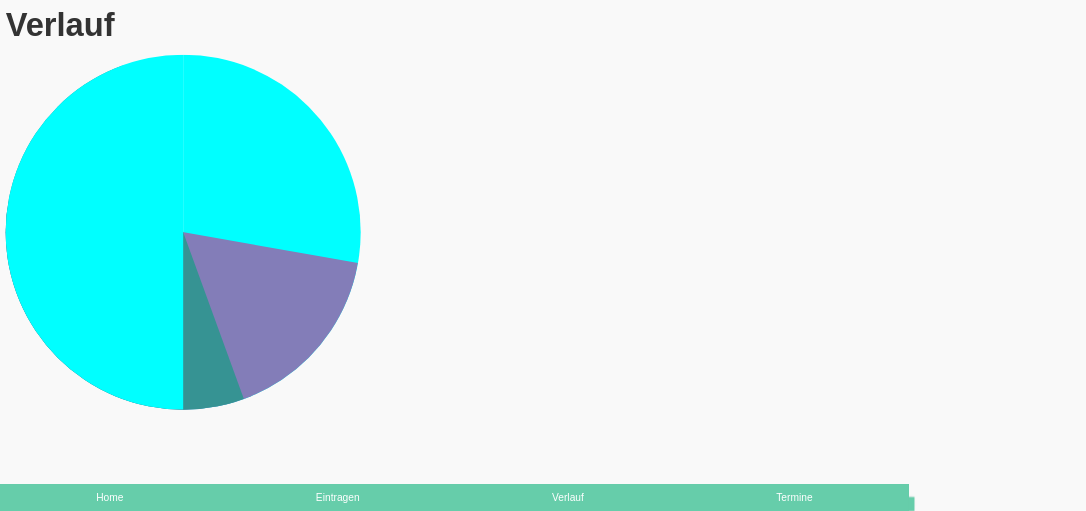
Repository: jakemoes/Pet-Tracker
Page: PWA/trend.html
These files come from the project's save history. The page is drawn as it stood at one moment and after the next save; the edit follows.
The browser window is 1280 px wide. The page is 1280 px wide, then 1530 px, then 1280 px, so the pictures cover 1530 px, including what lies to the right of the window. The pictures show the whole page, at 71% of full size.

Above is the page before, as saved 2024-12-05 01:24:37.

After the next save:
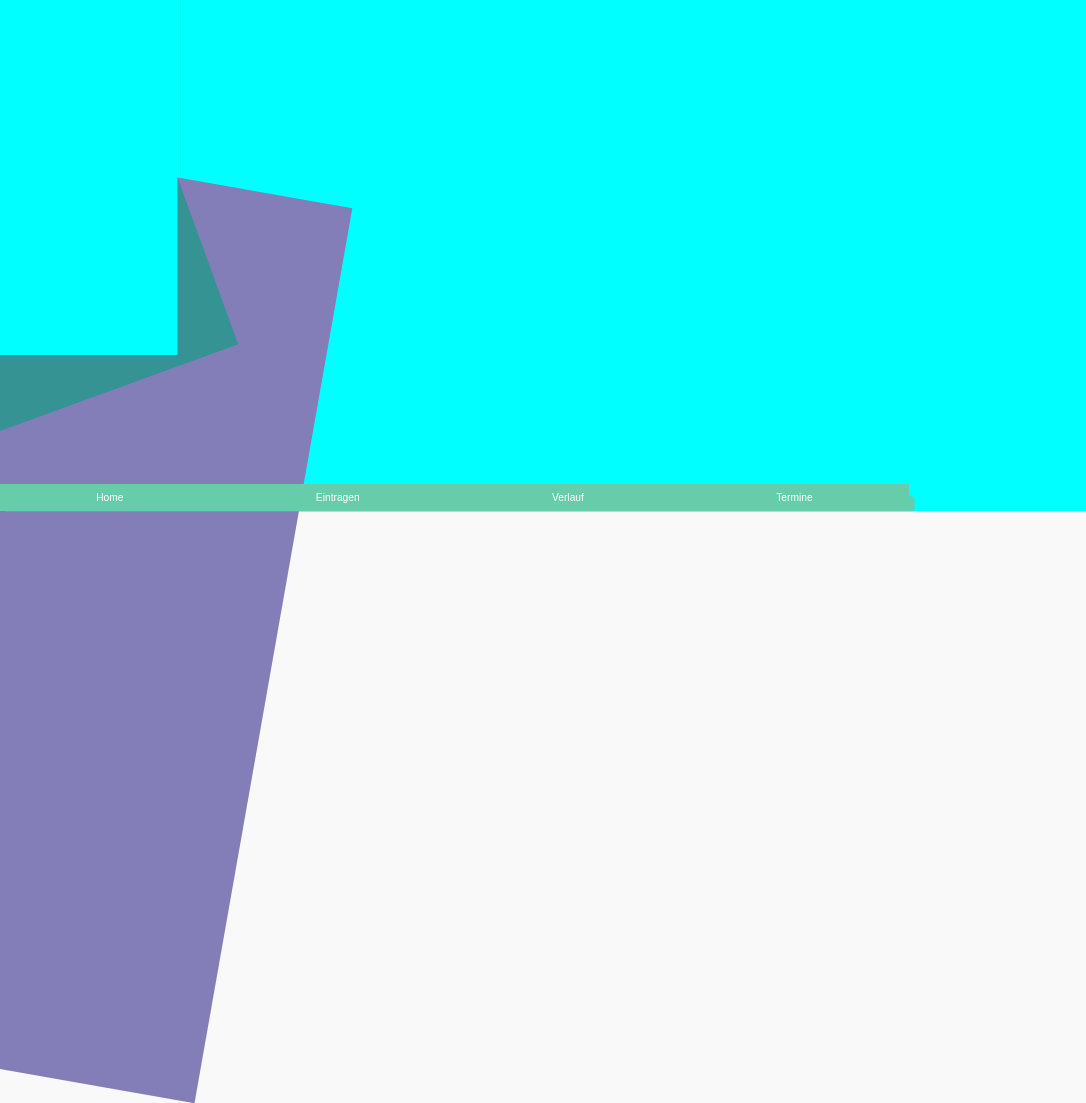
Saved 8 s later.
--- a/PWA/trend.css
+++ b/PWA/trend.css
@@ -16,15 +16,6 @@
     padding: 15px; /* Padding inside the container */
     width: 100%;
     box-sizing: border-box;
-}
-
-.container {
-    position: relative;
-    width: 500px;
-    height: 500px;
-    background-color: transparent;
-    border-radius: 50%;
-    overflow: hidden;
 }
 
 

After the save that followed:
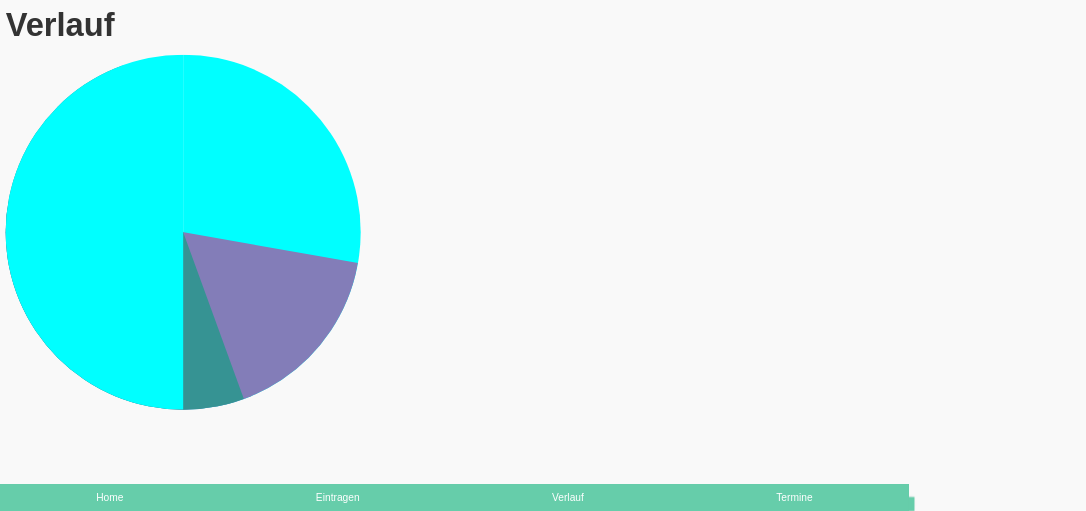
Saved 7 s later.
--- a/PWA/trend.css
+++ b/PWA/trend.css
@@ -16,6 +16,15 @@
     padding: 15px; /* Padding inside the container */
     width: 100%;
     box-sizing: border-box;
+}
+
+.container {
+    position: relative;
+    width: 500px;
+    height: 500px;
+    background-color: transparent;
+    border-radius: 50%;
+    overflow: hidden;
 }
 
 
